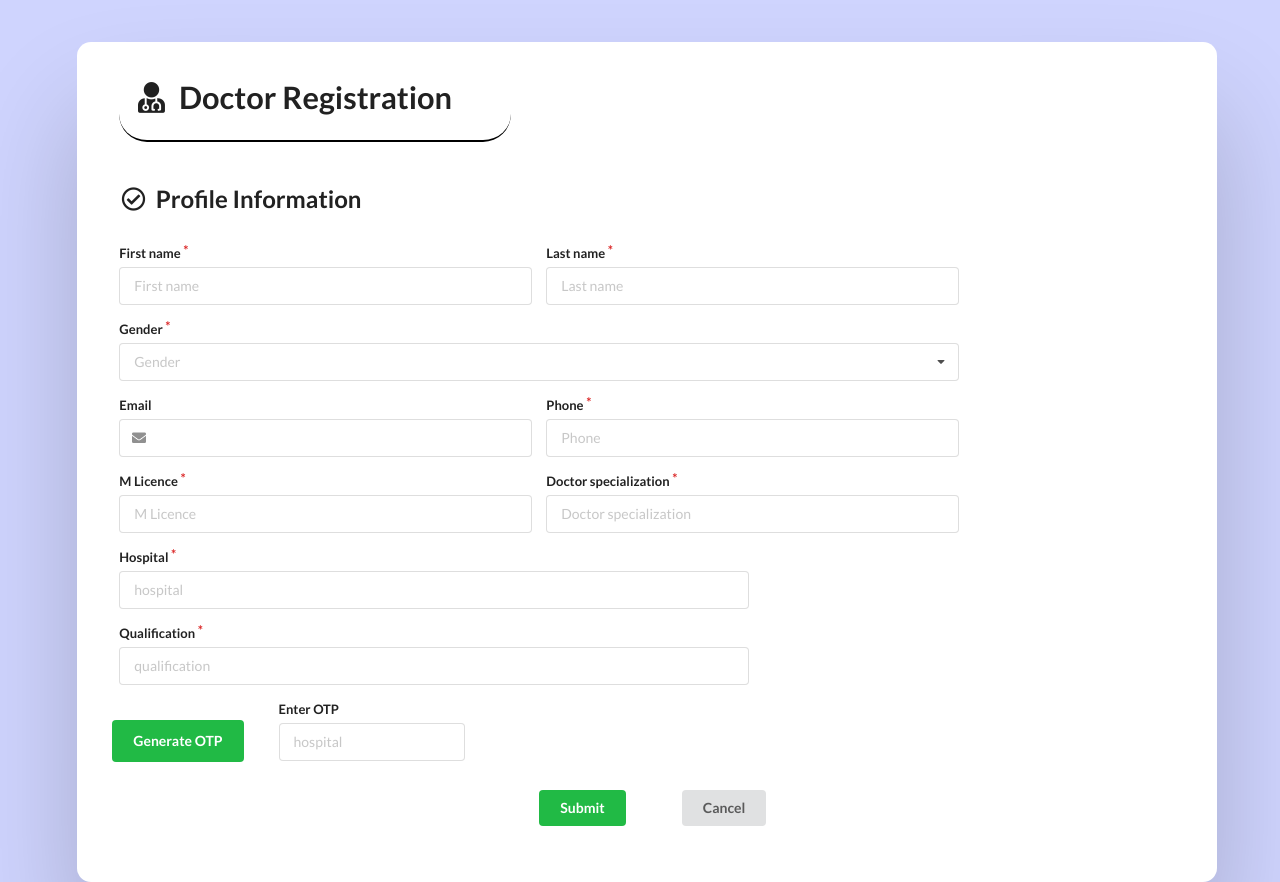
Repository: ajayaj2001/healthcare-digitization
Page: /doctorRegister
These files come from the project's save history. The page is drawn as it stood at one moment and after the next save; the edit follows.
The browser window is 1280 px wide. The pictures show the whole page.
The project was rebuilt for these pictures with package versions that can differ from the ones it lists, and the page was loaded fresh each time. Also part of the build but not shown: src/component/userType/UserType.scss, src/component/userType/UserType.js, src/component/login/Login.scss, src/component/login/loginForm/LoginForm.scss, src/component/login/loginForm/LoginForm.js, src/component/login/Login.js, src/component/register/Register.scss, src/component/register/registerForm/RegisterForm.scss and 2 more.

Above is the page before, as saved 2021-03-13 13:56:08.

After the next save:
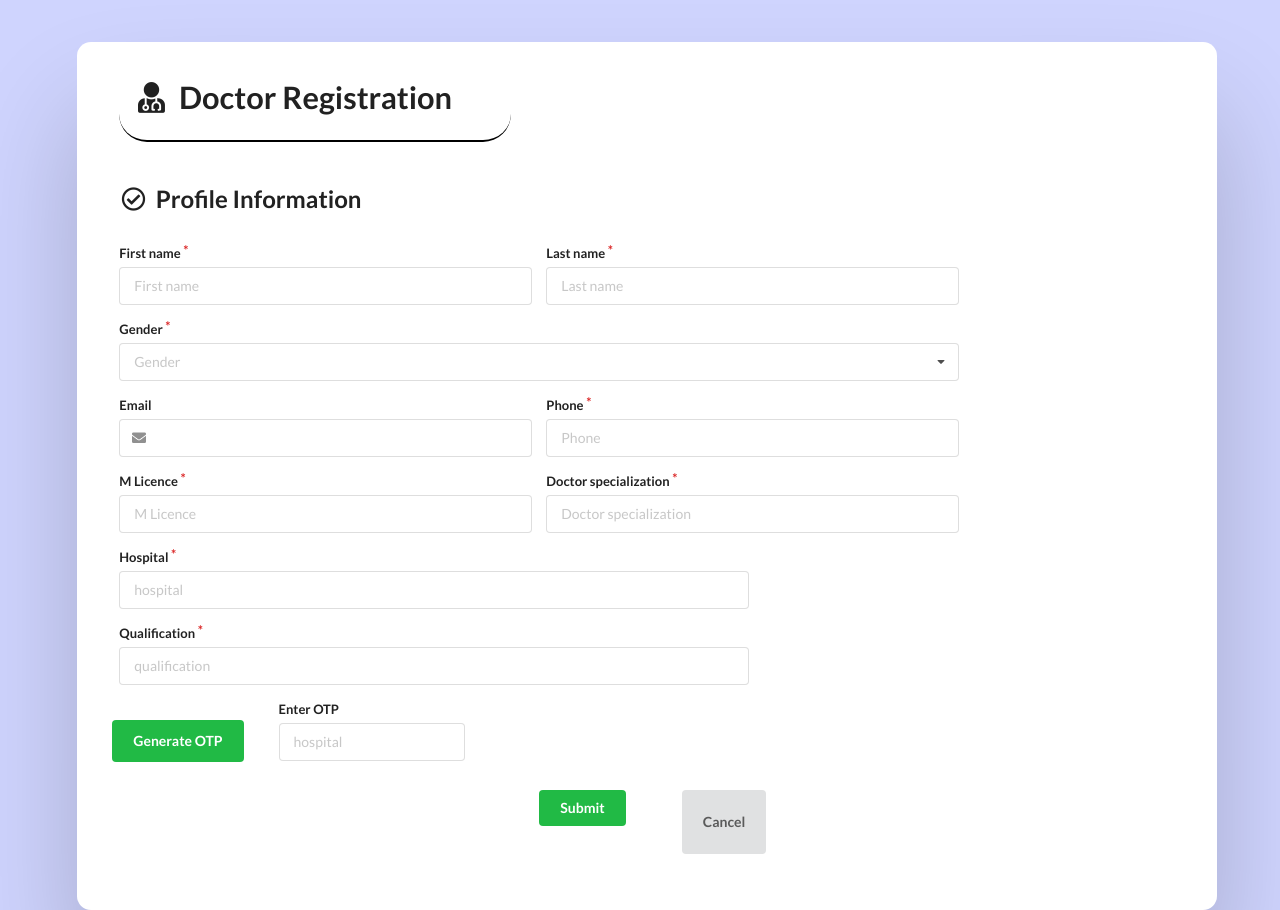
Saved 35 s later.
--- a/src/component/doctorRegister/doctorRegisterForm/DoctorRegisterForm.js
+++ b/src/component/doctorRegister/doctorRegisterForm/DoctorRegisterForm.js
@@ -67,7 +67,7 @@
     <Form.Input label='Enter OTP' placeholder='hospital'   />
     </Form.Group>
     <Form.Group className="doctorRegisterForm__buttonPosition">
-    <Button positive style={{marginRight:'4rem'}}>Submit</Button>
+    <Button positive style={{marginRight:'4rem',marginBottom:'2rem'}}>Submit</Button>
     <Button type="submit" >Cancel</Button>
     </Form.Group>
   </Form>

After the save that followed:
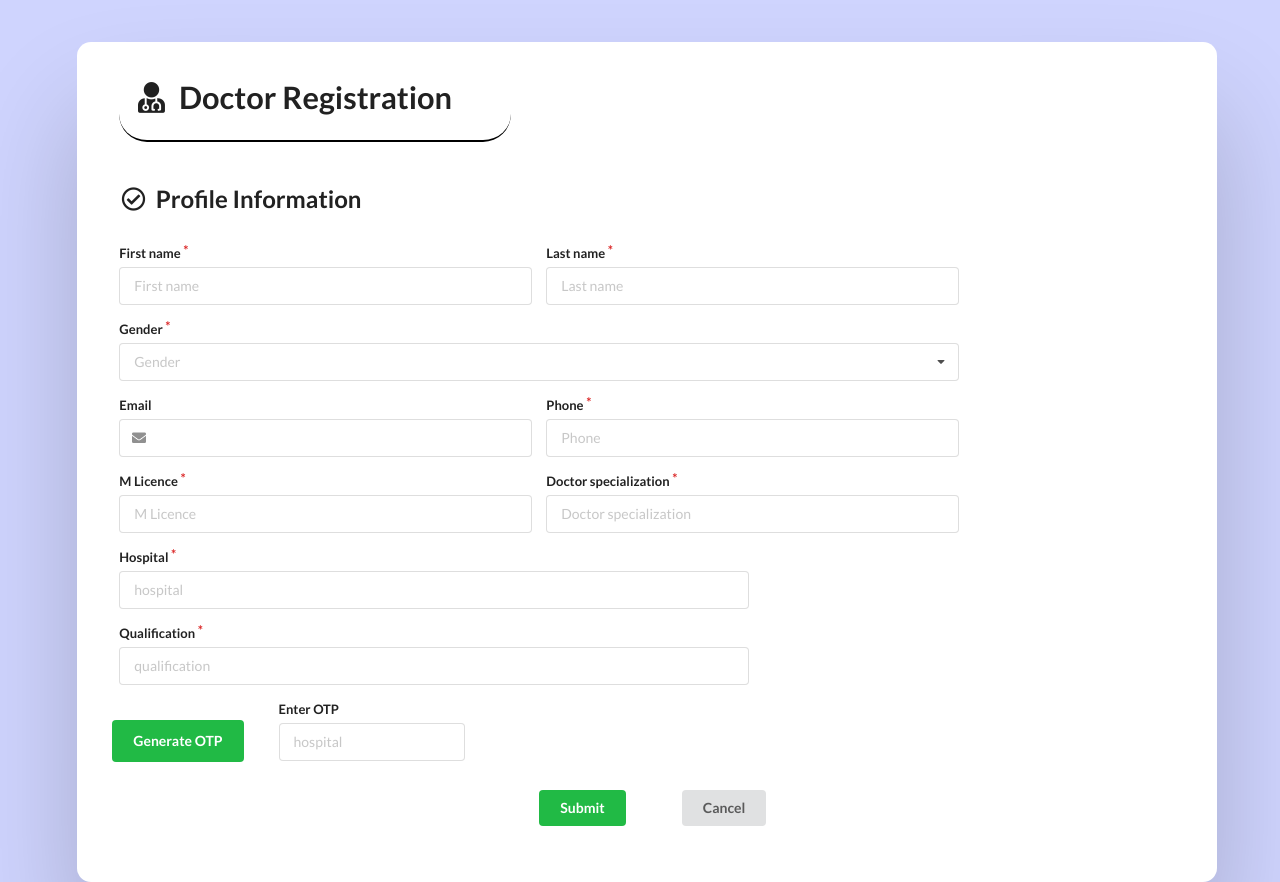
Saved 8 s later.
--- a/src/component/doctorRegister/doctorRegisterForm/DoctorRegisterForm.js
+++ b/src/component/doctorRegister/doctorRegisterForm/DoctorRegisterForm.js
@@ -67,7 +67,7 @@
     <Form.Input label='Enter OTP' placeholder='hospital'   />
     </Form.Group>
     <Form.Group className="doctorRegisterForm__buttonPosition">
-    <Button positive style={{marginRight:'4rem',marginBottom:'2rem'}}>Submit</Button>
+    <Button positive style={{marginRight:'4rem'}}>Submit</Button>
     <Button type="submit" >Cancel</Button>
     </Form.Group>
   </Form>
